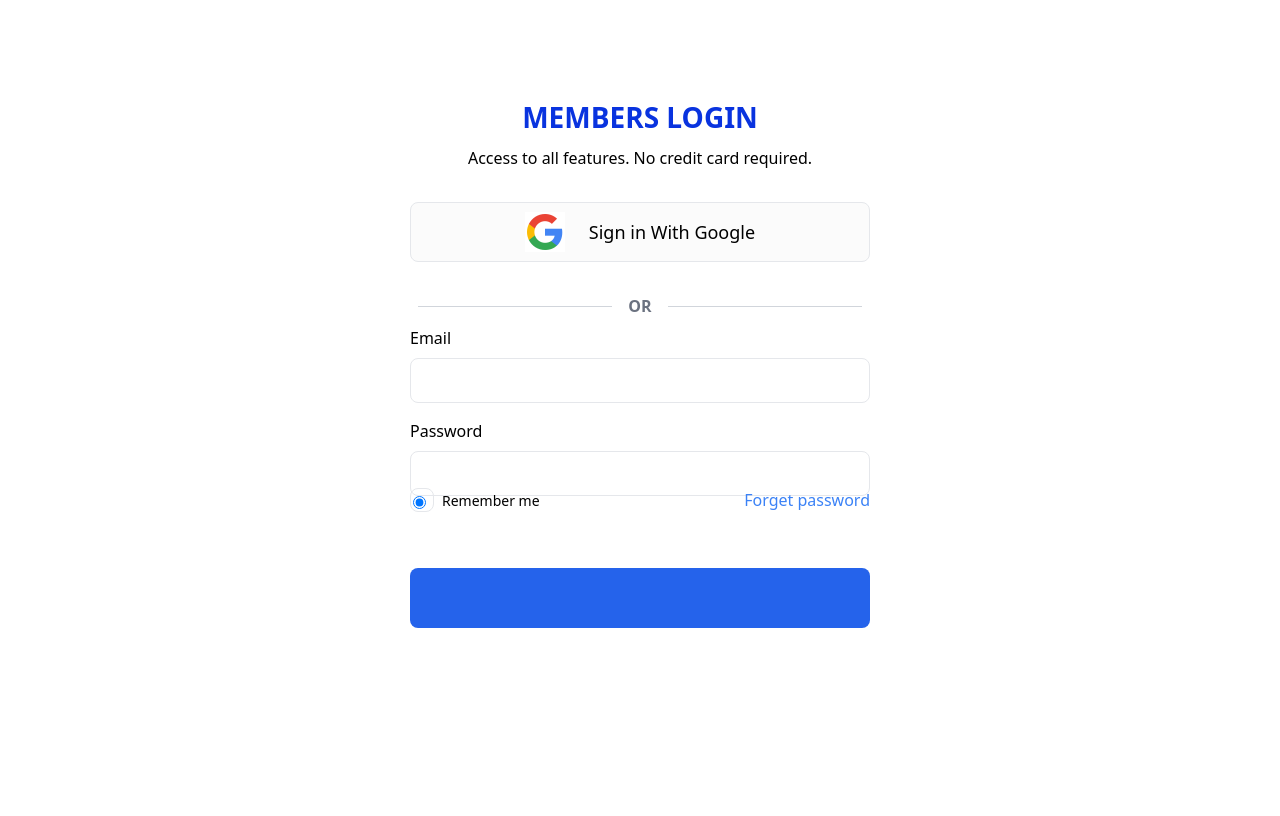
Repository: MaramMaryam/login
Page: login.html
These files come from the project's save history. The page is drawn as it stood at one moment and after the next save; the edit follows.
The browser window is 1280 px wide. The pictures show the whole page.
Some web libraries are served in a nearby version.

Above is the page before, as saved 2023-06-29 11:57:16.

After the next save:
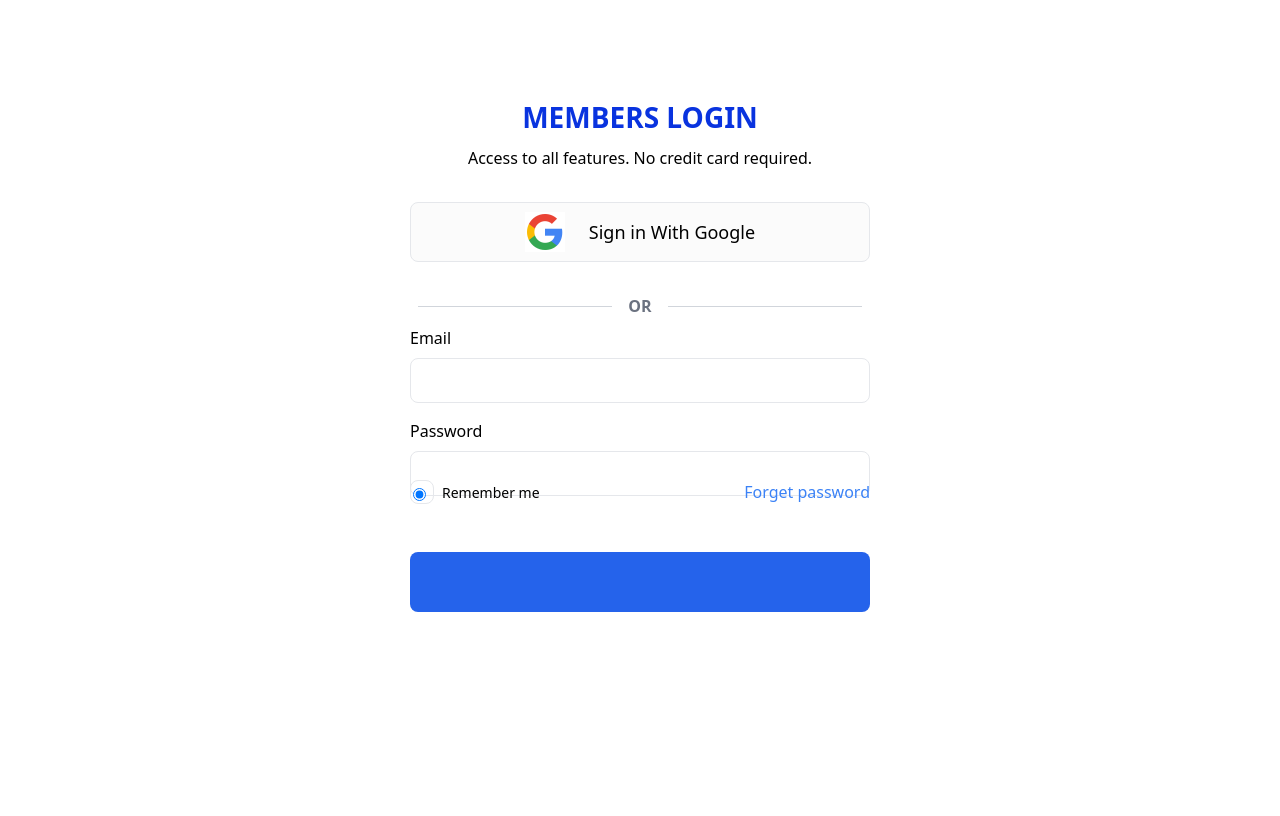
Saved 8 s later.
--- a/login.html
+++ b/login.html
@@ -59,7 +59,7 @@
                     </div>
                 </div>
             </div>
-            <div class="flex items-center justify-between my-6">
+            <div class="flex items-center justify-between my-4">
                 <label class="flex items-center cursor-pointer">
                     <div class="flex items-center">
                         <div
